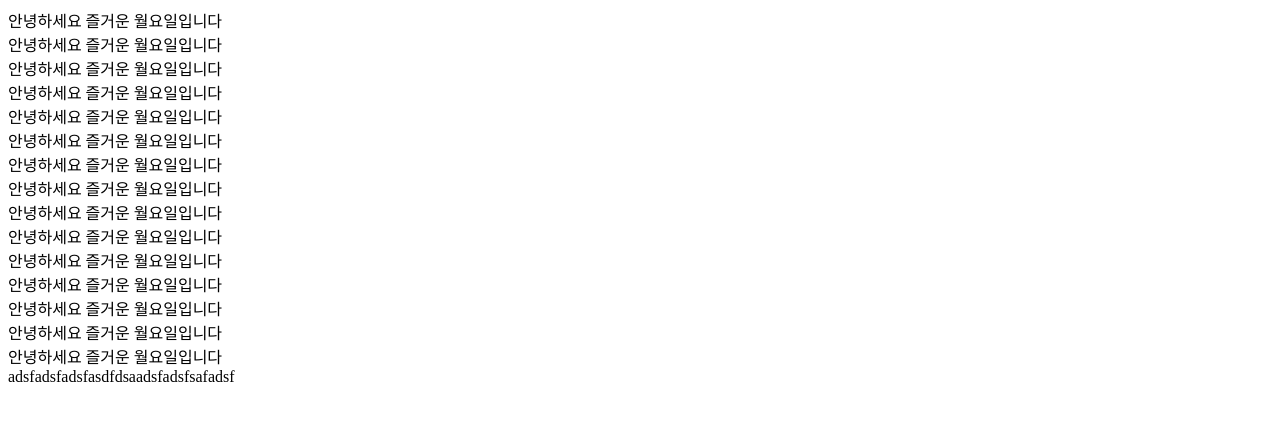
Repository: shbaksa/study
Page: http://localhost/mw_0620/javascript/this4.jsp
An editor plug-in stored every save of this project. The page is shown before and after the next save, followed by the edit.
The browser window is 1280 px wide. The pictures show the whole page.
The page is served by Tomcat 9.

Above is the page before, as saved 2022-06-20 06:51:32.

### mw_0620/src/main/webapp/javascript/this4.jsp
<%@ page language="java" contentType="text/html; charset=UTF-8"
    pageEncoding="UTF-8"%>
<!DOCTYPE html>
<html>
<head>
<meta charset="UTF-8">
<title>Insert title here</title>

	<script>
		function view(n){ // 마우스가 올라가있는 태그의 배경색을 노랑으로

			document.getElementsByClassName("aa")[n].style.background="yellow";
		}
	</script>
</head>
<body>	<!-- this4.jsp -->

	<div class="aa" onmouseover="view(0)">안녕하세요 즐거운 월요일입니다</div>
	<div class="aa" onmouseover="view(1)">안녕하세요 즐거운 월요일입니다</div>
	<div class="aa" onmouseover="view(2)">안녕하세요 즐거운 월요일입니다</div>
	<div class="aa" onmouseover="view(3)">안녕하세요 즐거운 월요일입니다</div>
	<div class="aa" onmouseover="view(4)">안녕하세요 즐거운 월요일입니다</div>
	<div class="aa" onmouseover="view(5)">안녕하세요 즐거운 월요일입니다</div>
	<div class="aa" onmouseover="view(6)">안녕하세요 즐거운 월요일입니다</div>
	<div class="aa" onmouseover="view(7)">안녕하세요 즐거운 월요일입니다</div>
	<div class="aa" onmouseover="view(8)">안녕하세요 즐거운 월요일입니다</div>
	<div class="aa" onmouseover="view(9)">안녕하세요 즐거운 월요일입니다</div>
	<div class="aa" onmouseover="view(10)">안녕하세요 즐거운 월요일입니다</div>
	<div class="aa" onmouseover="view(11)">안녕하세요 즐거운 월요일입니다</div>
	<div class="aa" onmouseover="view(12)">안녕하세요 즐거운 월요일입니다</div>
	<div class="aa" onmouseover="view(13)">안녕하세요 즐거운 월요일입니다</div>
	<div class="aa" onmouseover="view(14)">안녕하세요 즐거운 월요일입니다</div>
	adsfadsfadsfasdfdsaadsfadsfsafadsf

</body>
</html>

After the next save:
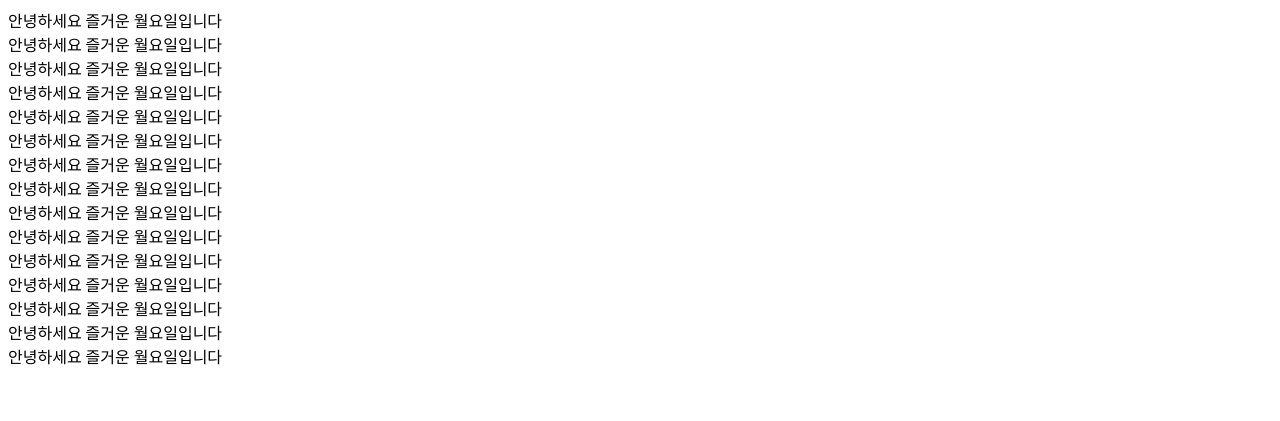
Saved 9 s later.
--- a/mw_0620/src/main/webapp/javascript/this4.jsp
+++ b/mw_0620/src/main/webapp/javascript/this4.jsp
@@ -30,7 +30,6 @@
 	<div class="aa" onmouseover="view(12)">안녕하세요 즐거운 월요일입니다</div>
 	<div class="aa" onmouseover="view(13)">안녕하세요 즐거운 월요일입니다</div>
 	<div class="aa" onmouseover="view(14)">안녕하세요 즐거운 월요일입니다</div>
-	adsfadsfadsfasdfdsaadsfadsfsafadsf
 
 </body>
 </html>
